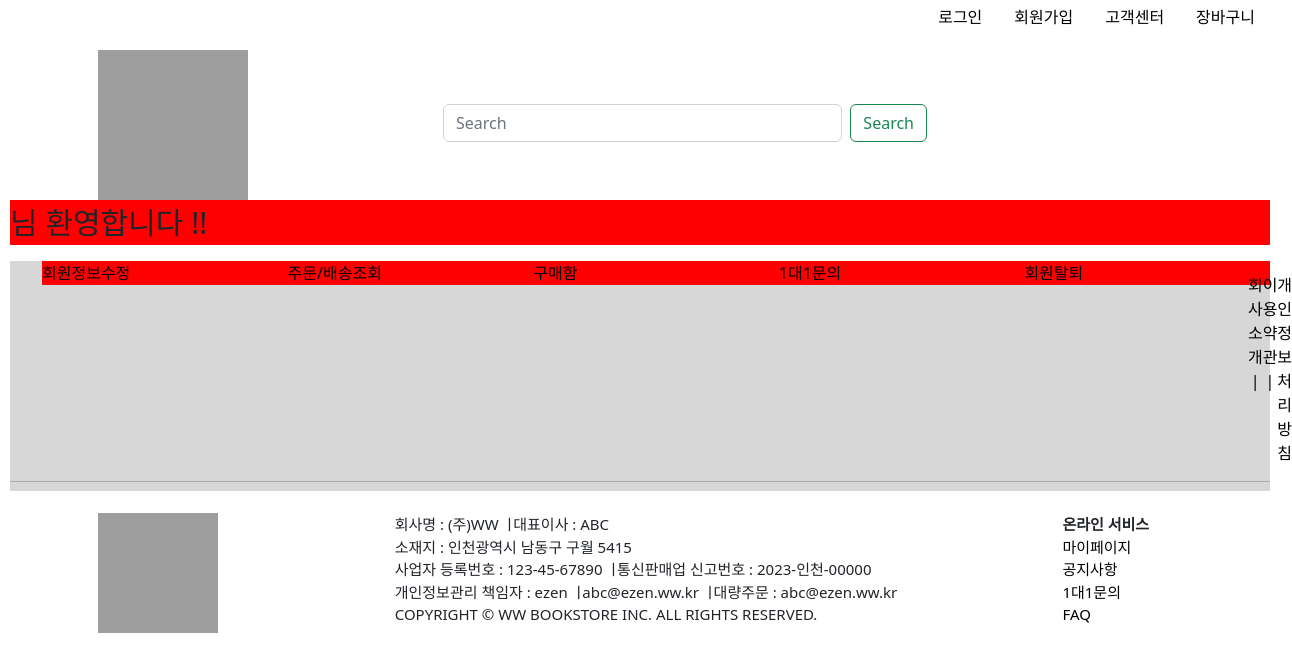
Repository: leehyeonung/project4
Page: http://localhost/book/WEB-INF/views/member/mypage.jsp
An editor plug-in stored every save of this project. The page is shown before and after the next save, followed by the edit.
The browser window is 1280 px wide. The page is 1292 px wide, so the pictures cover 1292 px, including what lies to the right of the window. The pictures show the whole page.
Pictures or frames that could not be fetched are drawn as grey boxes. The page is served by Tomcat 9. Nobody is signed in. The template is opened directly, without the code that normally fills it, so the values that code supplies are empty.

Above is the page before, as saved 2023-01-06 02:46:44.

After the next save:
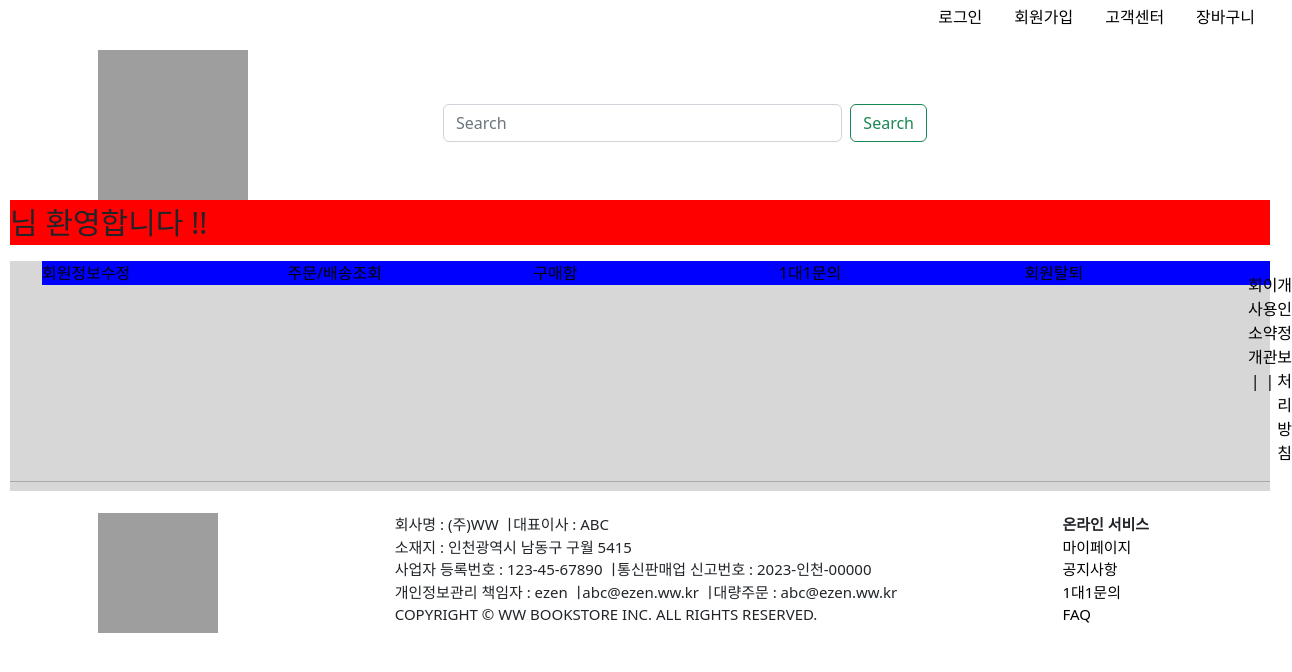
Saved 32 s later.
--- a/book/src/main/webapp/resources/css/mypage.css
+++ b/book/src/main/webapp/resources/css/mypage.css
@@ -17,9 +17,9 @@
 .information{
 	background-color : red;
 }
-.select>ul>li>.category{
+.select>ul>li>a{
     display: inline-block;
 	float : left;
 	width : 20%;
-    background-color: red;
+    background-color: blue;
 }
